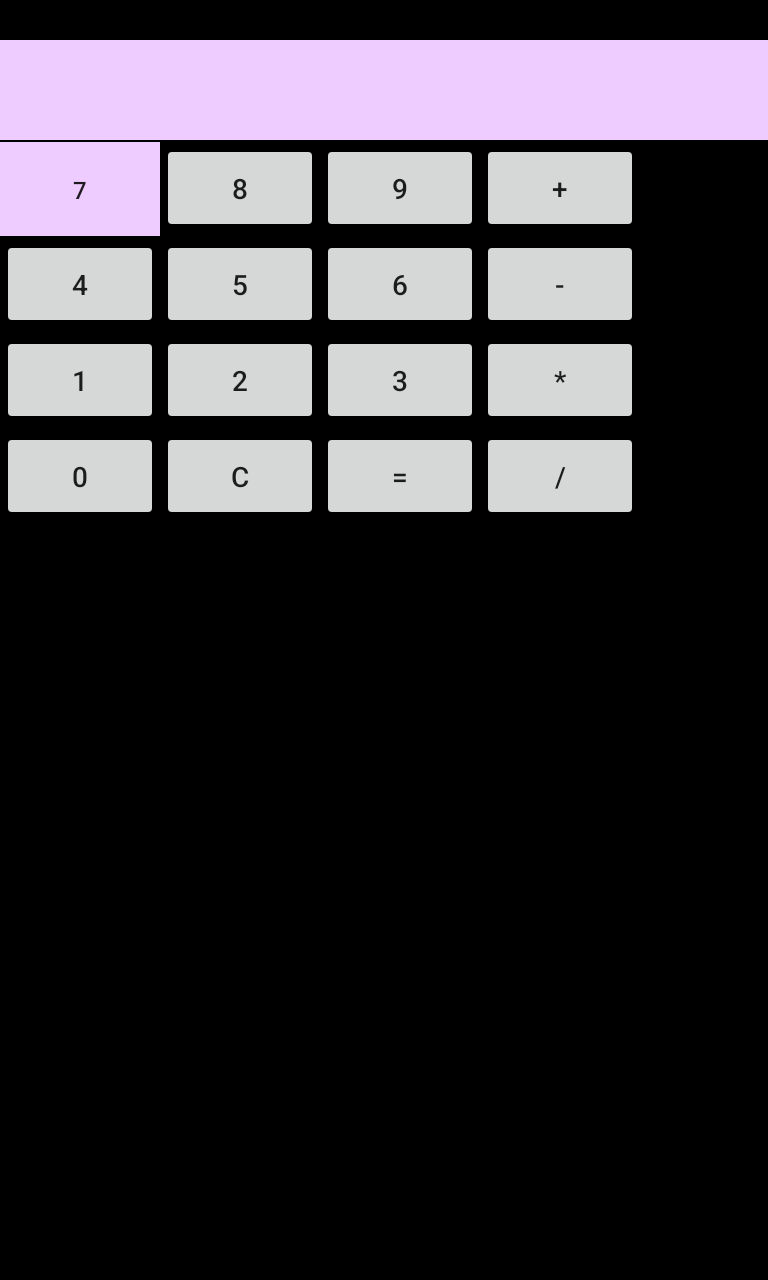
Repository: A207/guanjingjing
Layout: project/calculator_gjj/res/layout/activity_main.xml
The author's editor kept a copy of each file at every save. The layout is drawn from the files as they stood at one save, then again after the next save.
It is drawn on a 768 x 1280 px phone screen (xhdpi) without system bars, with theme AppTheme; the app's code is not run.

Above is the layout before, as saved 2015-07-16 01:53:41.

### project/calculator_gjj/res/layout/activity_main.xml
<?xml version="1.0" encoding="utf-8"?>
<LinearLayout xmlns:android="http://schemas.android.com/apk/res/android"
    android:layout_width="fill_parent"
    android:layout_height="fill_parent"
    android:orientation="vertical"
    android:paddingTop="20dip"
    android:background="#000" >

    <LinearLayout
        android:layout_width="fill_parent"
        android:layout_height="wrap_content"
        android:orientation="horizontal" >

        <TextView
            android:id="@+id/tv_calc_sum"
            android:layout_width="fill_parent"
            android:layout_height="50dip"
            android:background="#eeccff"
            android:gravity="center_vertical|right" >
        </TextView>
    </LinearLayout>

    <LinearLayout
        android:layout_width="fill_parent"
        android:layout_height="wrap_content"
        android:orientation="horizontal" >

        <Button
            android:id="@+id/btn_calc_07"
            android:layout_width="80dip"
            android:layout_height="wrap_content"
            android:background="#eeccff"
            android:textSize="12sp"
            android:text="7" />

        <Button
            android:id="@+id/btn_calc_08"
            android:layout_width="80dip"
            android:layout_height="wrap_content"
            android:text="8" />

        <Button
            android:id="@+id/btn_calc_09"
            android:layout_width="80dip"
            android:layout_height="wrap_content"
            android:text="9" />

        <Button
            android:id="@+id/btn_calc_jia"
            android:layout_width="80dip"
            android:layout_height="wrap_content"
            android:text="+" />
    </LinearLayout>

    <LinearLayout
        android:layout_width="fill_parent"
        android:layout_height="wrap_content"
        android:orientation="horizontal" >

        <Button
            android:id="@+id/btn_calc_04"
            android:layout_width="80dip"
            android:layout_height="wrap_content"
            android:text="4" />

        <Button
            android:id="@+id/btn_calc_05"
            android:layout_width="80dip"
            android:layout_height="wrap_content"
            android:text="5" />

        <Button
            android:id="@+id/btn_calc_06"
            android:layout_width="80dip"
            android:layout_height="wrap_content"
            android:text="6" />

        <Button
            android:id="@+id/btn_calc_jian"
            android:layout_width="80dip"
            android:layout_height="wrap_content"
            android:text="-" />
    </LinearLayout>

    <LinearLayout
        android:layout_width="fill_parent"
        android:layout_height="wrap_content"
        android:orientation="horizontal" >

        <Button
            android:id="@+id/btn_calc_01"
            android:layout_width="80dip"
            android:layout_height="wrap_content"
            android:text="1" />

        <Button
            android:id="@+id/btn_calc_02"
            android:layout_width="80dip"
            android:layout_height="wrap_content"
            android:text="2" />

        <Button
            android:id="@+id/btn_calc_03"
            android:layout_width="80dip"
            android:layout_height="wrap_content"
            android:text="3" />

        <Button
            android:id="@+id/btn_calc_cheng"
            android:layout_width="80dip"
            android:layout_height="wrap_content"
            android:text="*" />
    </LinearLayout>

    <LinearLayout
        android:layout_width="fill_parent"
        android:layout_height="wrap_content"
        android:orientation="horizontal" >

        <Button
            android:id="@+id/btn_calc_00"
            android:layout_width="80dip"
            android:layout_height="wrap_content"
            android:text="0" />

        <Button
            android:id="@+id/btn_calc_c"
            android:layout_width="80dip"
            android:layout_height="wrap_content"
            android:text="C" />

        <Button
            android:id="@+id/btn_calc_dengyu"
            android:layout_width="80dip"
            android:layout_height="wrap_content"
            android:text="=" />

        <Button
            android:id="@+id/btn_calc_chu"
            android:layout_width="80dip"
            android:layout_height="wrap_content"
            android:text="/" />
    </LinearLayout>

</LinearLayout>

Loaded but not shown: project/calculator_gjj/res/values/styles.xml (common file); project/calculator_gjj/res/values-v11/styles.xml (common file); project/calculator_gjj/res/values-v14/styles.xml (common file)

After the next save:
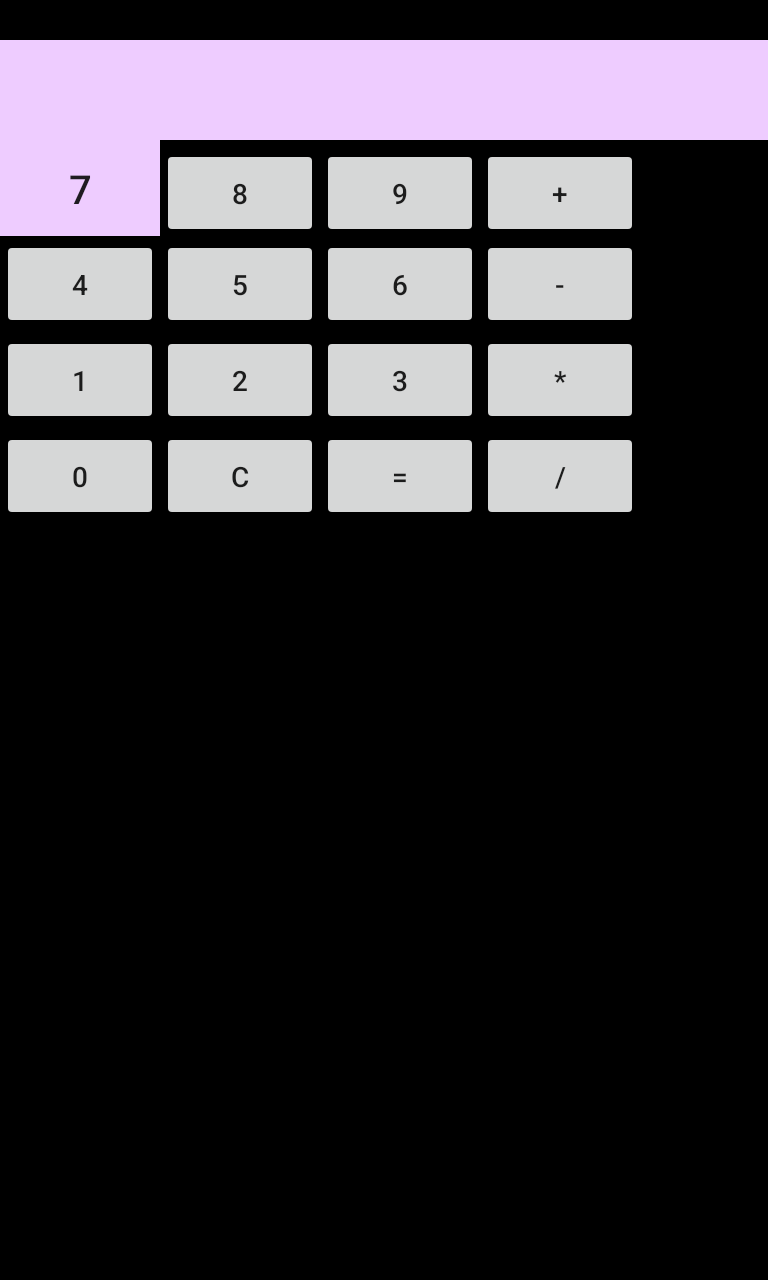
Saved 10 s later.
--- a/project/calculator_gjj/res/layout/activity_main.xml
+++ b/project/calculator_gjj/res/layout/activity_main.xml
@@ -30,7 +30,7 @@
             android:layout_width="80dip"
             android:layout_height="wrap_content"
             android:background="#eeccff"
-            android:textSize="12sp"
+            android:textSize="20sp"
             android:text="7" />
 
         <Button
